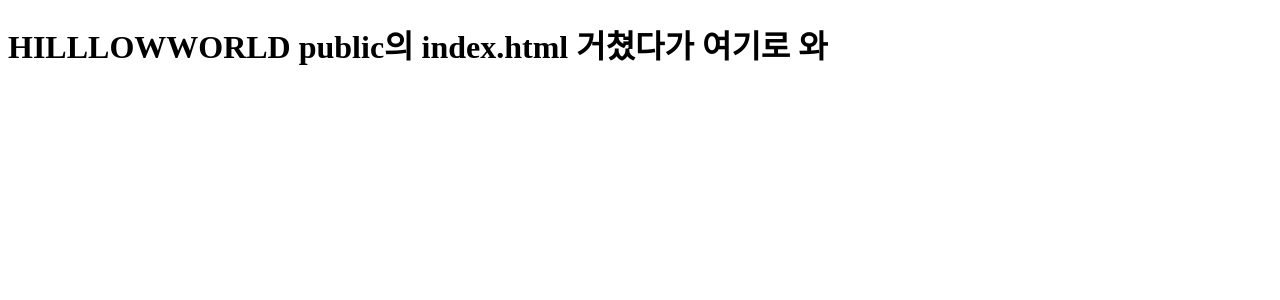
Repository: GEOkettle/SPRING_BLOG
Page: blog/src/main/resources/public/html/main/index.html
An editor plug-in stored every save of this project. The page is shown before and after a run of saves, followed by the edit.
The browser window is 1280 px wide. The pictures show the whole page.

Above is the page before, as saved 2023-03-28 00:31:01.

After the next 5 saves:
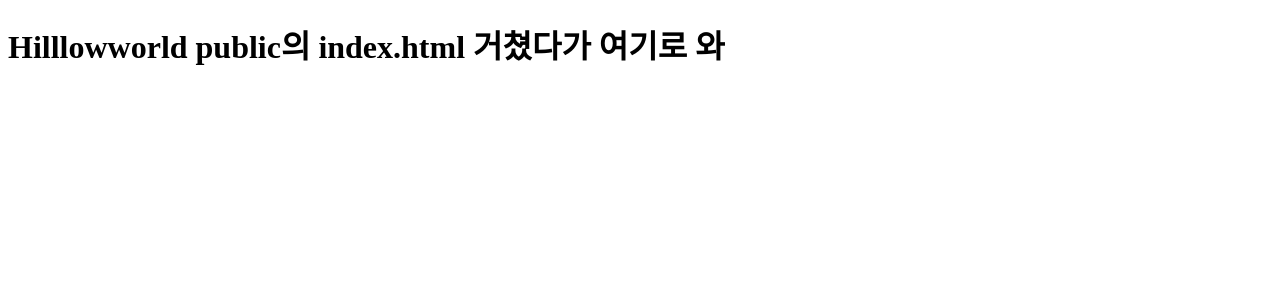
The 5 saves are shown as one change because they came seconds apart.
The last was saved 25 s later.
--- a/blog/src/main/resources/public/html/main/index.html
+++ b/blog/src/main/resources/public/html/main/index.html
@@ -10,5 +10,5 @@
 
    <body>
 
-   <h1> HILLLOWWORLD  public의 index.html 거쳤다가 여기로 와 </h1>
+   <h1> Hilllowworld  public의 index.html 거쳤다가 여기로 와 </h1>
    </body>
